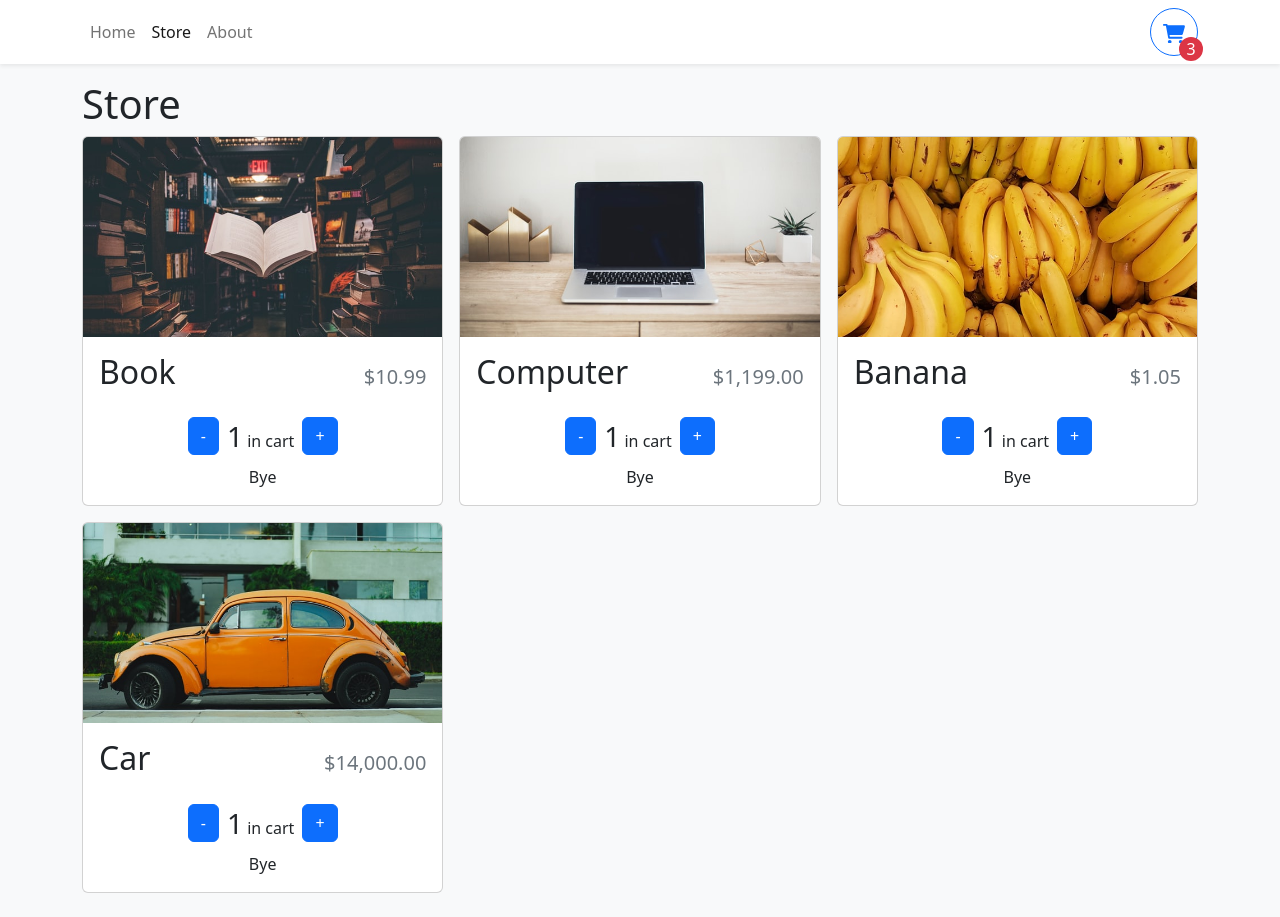
Repository: MoNasr2022/shopping-cart
Page: /store
An editor plug-in stored every save of this project. The page is shown before and after a run of saves, followed by the edit.
The browser window is 1280 px wide. The pictures show the whole page.
The project was rebuilt for these pictures with package versions that can differ from the ones it lists, and the page was loaded fresh each time. Also part of the build but not shown: vite.config.ts, src/pages/Home.tsx, src/pages/About.tsx.

Above is the page before, as saved 2023-04-17 23:02:51.

### index.html
<!DOCTYPE html>
<html lang="en">
  <head>
    <meta charset="UTF-8" />
    <link rel="icon" type="image/svg+xml" href="/vite.svg" />
    <meta name="viewport" content="width=device-width, initial-scale=1.0" />
    <title>Nasr Shopping Cart</title>
  </head>
  <body class="bg-light">
    <div id="root"></div>
    <script type="module" src="/src/main.tsx"></script>
  </body>
</html>

### src/App.tsx
import { Routes, Route } from "react-router-dom";
import { Container } from "react-bootstrap";
import Home from "./pages/Home";
import Store from "./pages/Store";
import About from "./pages/About";
import Navbar from "./components/Navbar";

function App() {
  return (
    <>
      <Navbar />
      <Container className="mb-4">
        <Routes>
          <Route path="/" element={<Home />} />
          <Route path="/store" element={<Store />} />
          <Route path="/about" element={<About />} />
        </Routes>
      </Container>
    </>
  );
}

export default App;

### src/pages/Store.tsx
import StoreItems from "../components/StoreItems";
import storeItems from "../data/items.json";
import { Row, Col } from "react-bootstrap";

export default function Store() {
  return (
    <>
      <h1>Store</h1>
      <Row md={2} xs={1} lg={3} className="g-3">
        {storeItems.map((item) => (
          <Col key={item.id}>
            <StoreItems {...item} />
          </Col>
        ))}
      </Row>
    </>
  );
}

### src/components/Navbar.tsx
import { Navbar as NavbarB } from "react-bootstrap";
import { Container, Nav, Button } from "react-bootstrap";
import { NavLink } from "react-router-dom";

export default function Navbar() {
  return (
    <NavbarB className="bg-white shadow-sm mb-3 " sticky="top">
      <Container>
        <Nav className="me-auto">
          <Nav.Link as={NavLink} to="/">
            Home
          </Nav.Link>
          <Nav.Link as={NavLink} to="/store">
            Store
          </Nav.Link>
          <Nav.Link as={NavLink} to="/about">
            About
          </Nav.Link>
        </Nav>
        <Button
          className=" rounded-circle"
          variant="outline-primary"
          style={{ position: "relative", width: "3rem", height: "3rem" }}
        >
          <svg

            xmlns="http://www.w3.org/2000/svg"
            viewBox="0 0 576 512"
            fill="currentColor"
          >
            <path d="M96 0C107.5 0 117.4 8.19 119.6 19.51L121.1 32H541.8C562.1 32 578.3 52.25 572.6 72.66L518.6 264.7C514.7 278.5 502.1 288 487.8 288H170.7L179.9 336H488C501.3 336 512 346.7 512 360C512 373.3 501.3 384 488 384H159.1C148.5 384 138.6 375.8 136.4 364.5L76.14 48H24C10.75 48 0 37.25 0 24C0 10.75 10.75 0 24 0H96zM128 464C128 437.5 149.5 416 176 416C202.5 416 224 437.5 224 464C224 490.5 202.5 512 176 512C149.5 512 128 490.5 128 464zM512 464C512 490.5 490.5 512 464 512C437.5 512 416 490.5 416 464C416 437.5 437.5 416 464 416C490.5 416 512 437.5 512 464z" />
          </svg>

          <span
            className="position-absolute  bg-danger rounded-circle"
            style={{
              color: "white",
              bottom: 0,
              right: 0,
              transform: "translate(25%, 25%)",
              width: "1.5rem",
              height: "1.5rem",

              display: "flex",
              justifyContent: "center",
              alignItems: "center",
            }}
          >
            3
          </span>
        </Button>
      </Container>
    </NavbarB>
  );
}

### src/components/StoreItems.tsx
import { Button, Card } from "react-bootstrap";
import { formatCurrency } from "../utilities/formatCurrency";

type StoreItemsProps = {
  id: number;
  name: string;
  price: number;
  imgUrl: string;
};

function StoreItems({ id, name, price, imgUrl }: StoreItemsProps) {
  const quantity = 1;
  return (
    <Card className="h-100">
      <Card.Img
        variant="top"
        src={imgUrl}
        height="200px"
        style={{ objectFit: "cover" }}
      />
      <Card.Body className="d-flex flex-column">
        <Card.Title className="d-flex justify-content-between align-items-baseline mb-4 ">
          <span className="fs-2">{name}</span>
          <span className="ms-2 text-muted">{formatCurrency(price)}</span>
        </Card.Title>
        <div className="mt-auto">
          {quantity === 0 ? (
            <Button className="btn btn-primary w-100">+ Add to Cart</Button>
          ) : (
            <div
              className="d-flex flex-column align-items-center"
              style={{ gap: ".5rem" }}
            >
              <div
                className="d-flex justify-content-center align-items-center"
                style={{ gap: ".5rem" }}
              >
                <Button>-</Button>
                <div>
                  <span className="fs-3">{quantity}</span> in cart
                </div>
                <Button>+</Button>
              </div>
              Bye
            </div>
          )}
        </div>
      </Card.Body>
    </Card>
  );
}

export default StoreItems;

### src/utilities/formatCurrency.ts
const CURRENCY_FORMATTER = new Intl.NumberFormat(undefined, {
    style: 'currency',
    currency: 'USD',
})

export function formatCurrency (number: number){
  return  CURRENCY_FORMATTER.format(number)
};

Loaded but not shown: src/main.tsx (common file); src/data/items.json (common file)

After the next 3 saves:
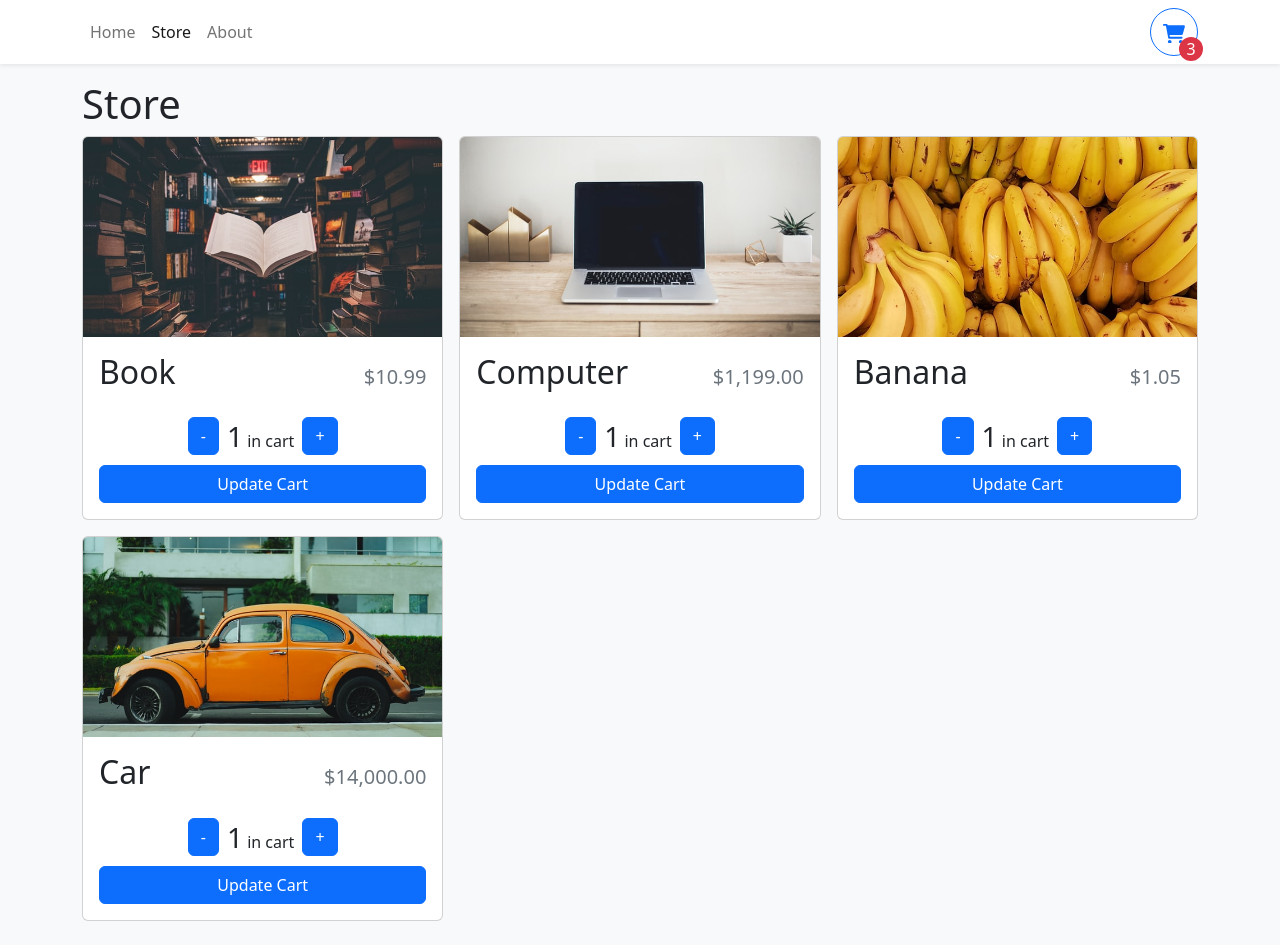
The 3 saves are shown as one change because 1 did not build or start and some came seconds apart.
The last was saved 98 s later.
--- a/src/components/StoreItems.tsx
+++ b/src/components/StoreItems.tsx
@@ -41,7 +41,7 @@ function StoreItems({ id, name, price, imgUrl }: StoreItemsProps) {
                 </div>
                 <Button>+</Button>
               </div>
-              Bye
+              <Button className="btn btn-primary w-100">Update Cart</Button>
             </div>
           )}
         </div>
